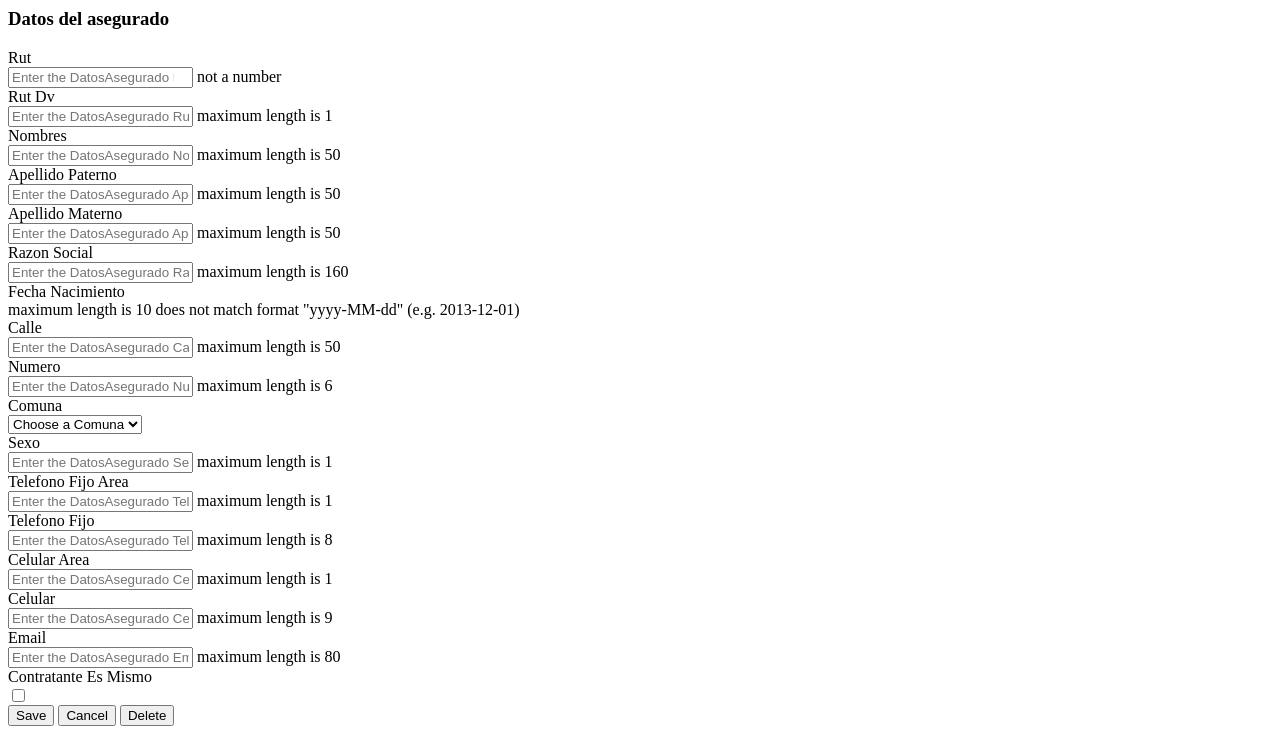
Repository: PabloRPalma/SistemaVentaSeguros
Page: Cotizador/src/main/webapp/views/DatosAsegurado/detail.html
The author's editor kept a copy of each file at every save. The page is drawn from the files as they stood at one save, then again after the next save.
The browser window is 1280 px wide. The pictures show the whole page.

Above is the page before, as saved 2021-02-06 14:25:38.

### Cotizador/src/main/webapp/views/DatosAsegurado/detail.html
<header ng-switch on="$location.path().indexOf('/DatosAsegurados/new') > -1">

    <h3 ng-switch-when="false">Datos del asegurado</h3>
</header>
<form id="DatosAseguradoForm" name="DatosAseguradoForm" class="form-horizontal" role="form">


<!--
    <div class="form-group" ng-class="{'has-error': DatosAseguradoForm.codigo.$invalid}">
        <label for="codigo" class="col-sm-2 control-label">Codigo</label>
        <div id="codigoControls" class="col-sm-10">
            <input id="codigo" name="codigo" type="number" class="form-control" ng-model="datosAsegurado.codigo" placeholder="Enter the DatosAsegurado Codigo"></input>
            <span class="help-block error" ng-show="DatosAseguradoForm.codigo.$error.number">not a number</span>
        </div>
    </div>
 -->
    <div class="form-group" ng-class="{'has-error': DatosAseguradoForm.rut.$invalid}">
        <label for="rut" class="col-sm-2 control-label">Rut</label>
        <div id="rutControls" class="col-sm-10">
            <input id="rut" name="rut" type="number" class="form-control" ng-model="datosAsegurado.rut" placeholder="Enter the DatosAsegurado Rut"></input>
            <span class="help-block error" ng-show="DatosAseguradoForm.rut.$error.number">not a number</span>
        </div>
    </div>

    <div class="form-group" ng-class="{'has-error': DatosAseguradoForm.rutDv.$invalid}">
        <label for="rutDv" class="col-sm-2 control-label">Rut Dv</label>
        <div id="rutDvControls" class="col-sm-10">
            <input id="rutDv" name="rutDv" type="text" ng-maxlength="1" class="form-control" ng-model="datosAsegurado.rutDv" placeholder="Enter the DatosAsegurado Rut Dv"></input>
            <span class="help-block error" ng-show="DatosAseguradoForm.rutDv.$error.maxlength">maximum length is 1</span>
        </div>
    </div>

    <div class="form-group" ng-class="{'has-error': DatosAseguradoForm.nombres.$invalid}">
        <label for="nombres" class="col-sm-2 control-label">Nombres</label>
        <div id="nombresControls" class="col-sm-10">
            <input id="nombres" name="nombres" type="text" ng-maxlength="50" class="form-control" ng-model="datosAsegurado.nombres" placeholder="Enter the DatosAsegurado Nombres"></input>
            <span class="help-block error" ng-show="DatosAseguradoForm.nombres.$error.maxlength">maximum length is 50</span>
        </div>
    </div>

    <div class="form-group" ng-class="{'has-error': DatosAseguradoForm.apellidoPaterno.$invalid}">
        <label for="apellidoPaterno" class="col-sm-2 control-label">Apellido Paterno</label>
        <div id="apellidoPaternoControls" class="col-sm-10">
            <input id="apellidoPaterno" name="apellidoPaterno" type="text" ng-maxlength="50" class="form-control" ng-model="datosAsegurado.apellidoPaterno" placeholder="Enter the DatosAsegurado Apellido Paterno"></input>
            <span class="help-block error" ng-show="DatosAseguradoForm.apellidoPaterno.$error.maxlength">maximum length is 50</span>
        </div>
    </div>

    <div class="form-group" ng-class="{'has-error': DatosAseguradoForm.apellidoMaterno.$invalid}">
        <label for="apellidoMaterno" class="col-sm-2 control-label">Apellido Materno</label>
        <div id="apellidoMaternoControls" class="col-sm-10">
            <input id="apellidoMaterno" name="apellidoMaterno" type="text" ng-maxlength="50" class="form-control" ng-model="datosAsegurado.apellidoMaterno" placeholder="Enter the DatosAsegurado Apellido Materno"></input>
            <span class="help-block error" ng-show="DatosAseguradoForm.apellidoMaterno.$error.maxlength">maximum length is 50</span>
        </div>
    </div>

    <div class="form-group" ng-class="{'has-error': DatosAseguradoForm.razonSocial.$invalid}">
        <label for="razonSocial" class="col-sm-2 control-label">Razon Social</label>
        <div id="razonSocialControls" class="col-sm-10">
            <input id="razonSocial" name="razonSocial" type="text" ng-maxlength="160" class="form-control" ng-model="datosAsegurado.razonSocial" placeholder="Enter the DatosAsegurado Razon Social"></input>
            <span class="help-block error" ng-show="DatosAseguradoForm.razonSocial.$error.maxlength">maximum length is 160</span>
        </div>
    </div>

    <div class="form-group" ng-class="{'has-error': DatosAseguradoForm.fechaNacimiento.$invalid}">
        <label for="fechaNacimiento" class="col-sm-2 control-label">Fecha Nacimiento</label>
        <div id="fechaNacimientoControls" class="col-sm-10">
            <date id="fechaNacimiento" name="fechaNacimiento" ng-model="datosAsegurado.fechaNacimiento" placeholder="Enter the DatosAsegurado Fecha Nacimiento"></date>
            <span class="help-block error" ng-show="DatosAseguradoForm.fechaNacimiento.$error.maxlength">maximum length is 10</span>
            <span class="help-block error" ng-show="DatosAseguradoForm.fechaNacimiento.$error.dateFormat">does not match format "yyyy-MM-dd" (e.g. 2013-12-01)</span>
        </div>
    </div>

    <div class="form-group" ng-class="{'has-error': DatosAseguradoForm.calle.$invalid}">
        <label for="calle" class="col-sm-2 control-label">Calle</label>
        <div id="calleControls" class="col-sm-10">
            <input id="calle" name="calle" type="text" ng-maxlength="50" class="form-control" ng-model="datosAsegurado.calle" placeholder="Enter the DatosAsegurado Calle"></input>
            <span class="help-block error" ng-show="DatosAseguradoForm.calle.$error.maxlength">maximum length is 50</span>
        </div>
    </div>

    <div class="form-group" ng-class="{'has-error': DatosAseguradoForm.numero.$invalid}">
        <label for="numero" class="col-sm-2 control-label">Numero</label>
        <div id="numeroControls" class="col-sm-10">
            <input id="numero" name="numero" type="text" ng-maxlength="6" class="form-control" ng-model="datosAsegurado.numero" placeholder="Enter the DatosAsegurado Numero"></input>
            <span class="help-block error" ng-show="DatosAseguradoForm.numero.$error.maxlength">maximum length is 6</span>
        </div>
    </div>
	<div class="form-group" ng-class="{'has-error': DatosAseguradoForm.comuna.$invalid}">
	        <label for="comuna" class="col-sm-2 control-label">Comuna</label>
	        <div id="comunaControls" class="col-sm-10">
	        <select id="comuna" name="comuna" class="form-control" ng-model="comunaSelection" ng-options="c.text for c in comunaSelectionList"  >
	            <option value="">Choose a Comuna</option>
	        </select>
	        </div>
	    </div>
    <div class="form-group" ng-class="{'has-error': DatosAseguradoForm.sexo.$invalid}">
        <label for="sexo" class="col-sm-2 control-label">Sexo</label>
        <div id="sexoControls" class="col-sm-10">
            <input id="sexo" name="sexo" type="text" ng-maxlength="1" class="form-control" ng-model="datosAsegurado.sexo" placeholder="Enter the DatosAsegurado Sexo"></input>
            <span class="help-block error" ng-show="DatosAseguradoForm.sexo.$error.maxlength">maximum length is 1</span>
        </div>
    </div>

    <div class="form-group" ng-class="{'has-error': DatosAseguradoForm.telefonoFijoArea.$invalid}">
        <label for="telefonoFijoArea" class="col-sm-2 control-label">Telefono Fijo Area</label>
        <div id="telefonoFijoAreaControls" class="col-sm-10">
            <input id="telefonoFijoArea" name="telefonoFijoArea" type="text" ng-maxlength="1" class="form-control" ng-model="datosAsegurado.telefonoFijoArea" placeholder="Enter the DatosAsegurado Telefono Fijo Area"></input>
            <span class="help-block error" ng-show="DatosAseguradoForm.telefonoFijoArea.$error.maxlength">maximum length is 1</span>
        </div>
    </div>

    <div class="form-group" ng-class="{'has-error': DatosAseguradoForm.telefonoFijo.$invalid}">
        <label for="telefonoFijo" class="col-sm-2 control-label">Telefono Fijo</label>
        <div id="telefonoFijoControls" class="col-sm-10">
            <input id="telefonoFijo" name="telefonoFijo" type="text" ng-maxlength="8" class="form-control" ng-model="datosAsegurado.telefonoFijo" placeholder="Enter the DatosAsegurado Telefono Fijo"></input>
            <span class="help-block error" ng-show="DatosAseguradoForm.telefonoFijo.$error.maxlength">maximum length is 8</span>
        </div>
    </div>

    <div class="form-group" ng-class="{'has-error': DatosAseguradoForm.celularArea.$invalid}">
        <label for="celularArea" class="col-sm-2 control-label">Celular Area</label>
        <div id="celularAreaControls" class="col-sm-10">
            <input id="celularArea" name="celularArea" type="text" ng-maxlength="1" class="form-control" ng-model="datosAsegurado.celularArea" placeholder="Enter the DatosAsegurado Celular Area"></input>
            <span class="help-block error" ng-show="DatosAseguradoForm.celularArea.$error.maxlength">maximum length is 1</span>
        </div>
    </div>

    <div class="form-group" ng-class="{'has-error': DatosAseguradoForm.celular.$invalid}">
        <label for="celular" class="col-sm-2 control-label">Celular</label>
        <div id="celularControls" class="col-sm-10">
            <input id="celular" name="celular" type="text" ng-maxlength="9" class="form-control" ng-model="datosAsegurado.celular" placeholder="Enter the DatosAsegurado Celular"></input>
            <span class="help-block error" ng-show="DatosAseguradoForm.celular.$error.maxlength">maximum length is 9</span>
        </div>
    </div>

    <div class="form-group" ng-class="{'has-error': DatosAseguradoForm.email.$invalid}">
        <label for="email" class="col-sm-2 control-label">Email</label>
        <div id="emailControls" class="col-sm-10">
            <input id="email" name="email" type="text" ng-maxlength="80" class="form-control" ng-model="datosAsegurado.email" placeholder="Enter the DatosAsegurado Email"></input>
            <span class="help-block error" ng-show="DatosAseguradoForm.email.$error.maxlength">maximum length is 80</span>
        </div>
    </div>

    <div class="form-group" ng-class="{'has-error': DatosAseguradoForm.contratanteEsMismo.$invalid}">
        <label for="contratanteEsMismo" class="col-sm-2 control-label">Contratante Es Mismo</label>
        <div id="contratanteEsMismoControls" class="col-sm-10">
            <input id="contratanteEsMismo" name="contratanteEsMismo" type="checkbox" class="checkbox" ng-model="datosAsegurado.contratanteEsMismo" placeholder="Enter the DatosAsegurado Contratante Es Mismo"></input>
        </div>
    </div>
    <div class="form-group">
        <div class="col-sm-offset-2 col-sm-10">
            <button id="saveDatosAsegurado" name="saveDatosAsegurado" class="btn btn-primary" ng-disabled="isClean() || DatosAseguradoForm.$invalid" ng-click="save()"><span class="glyphicon glyphicon-ok-sign"></span> Save</button>
            <button id="cancel" name="cancel" class="btn btn-default" ng-click="cancel()"><span class="glyphicon glyphicon-remove-sign"></span> Cancel</button>
            <button id="deleteDatosAsegurado" name="deleteDatosAsegurado" class="btn btn-danger" ng-show="datosAsegurado.valorizacionId" ng-click="remove()"><span class="glyphicon glyphicon-trash"></span> Delete</button>
        </div>
    </div>
</form>

After the next save:
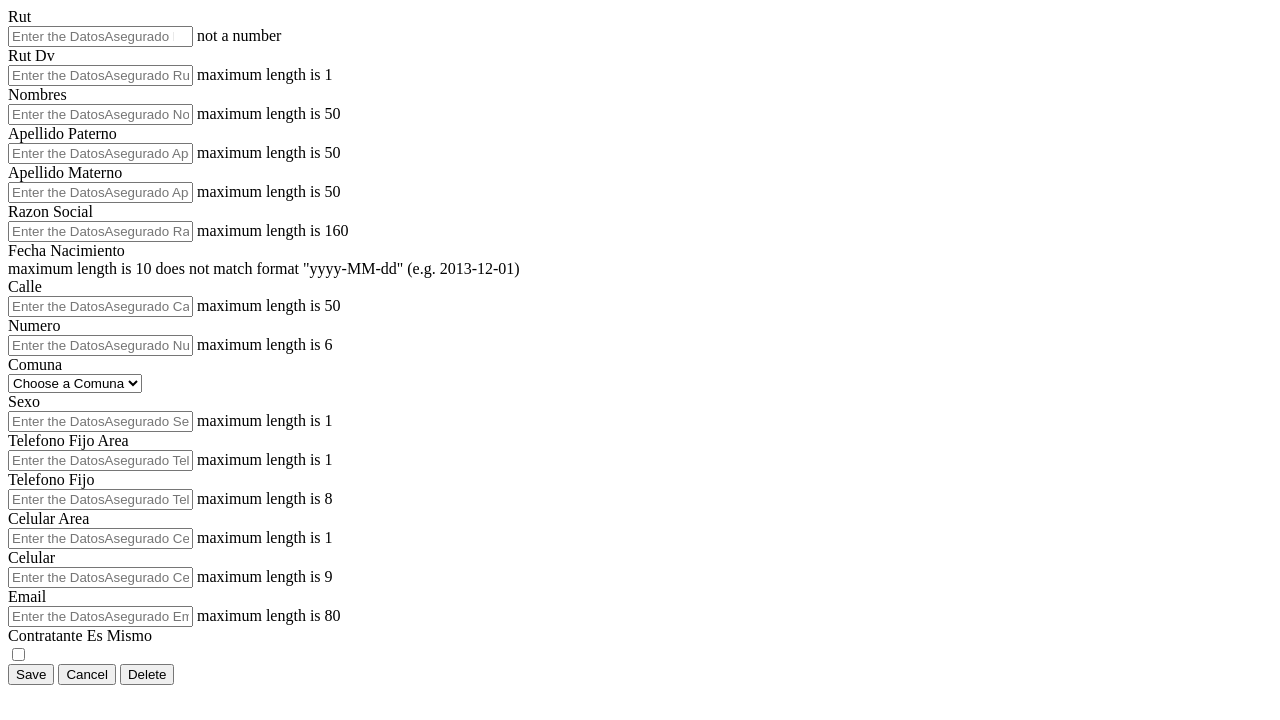
Saved 34 s later.
--- a/Cotizador/src/main/webapp/views/DatosAsegurado/detail.html
+++ b/Cotizador/src/main/webapp/views/DatosAsegurado/detail.html
@@ -1,7 +1,4 @@
-<header ng-switch on="$location.path().indexOf('/DatosAsegurados/new') > -1">
 
-    <h3 ng-switch-when="false">Datos del asegurado</h3>
-</header>
 <form id="DatosAseguradoForm" name="DatosAseguradoForm" class="form-horizontal" role="form">
 
 

After the save that followed:
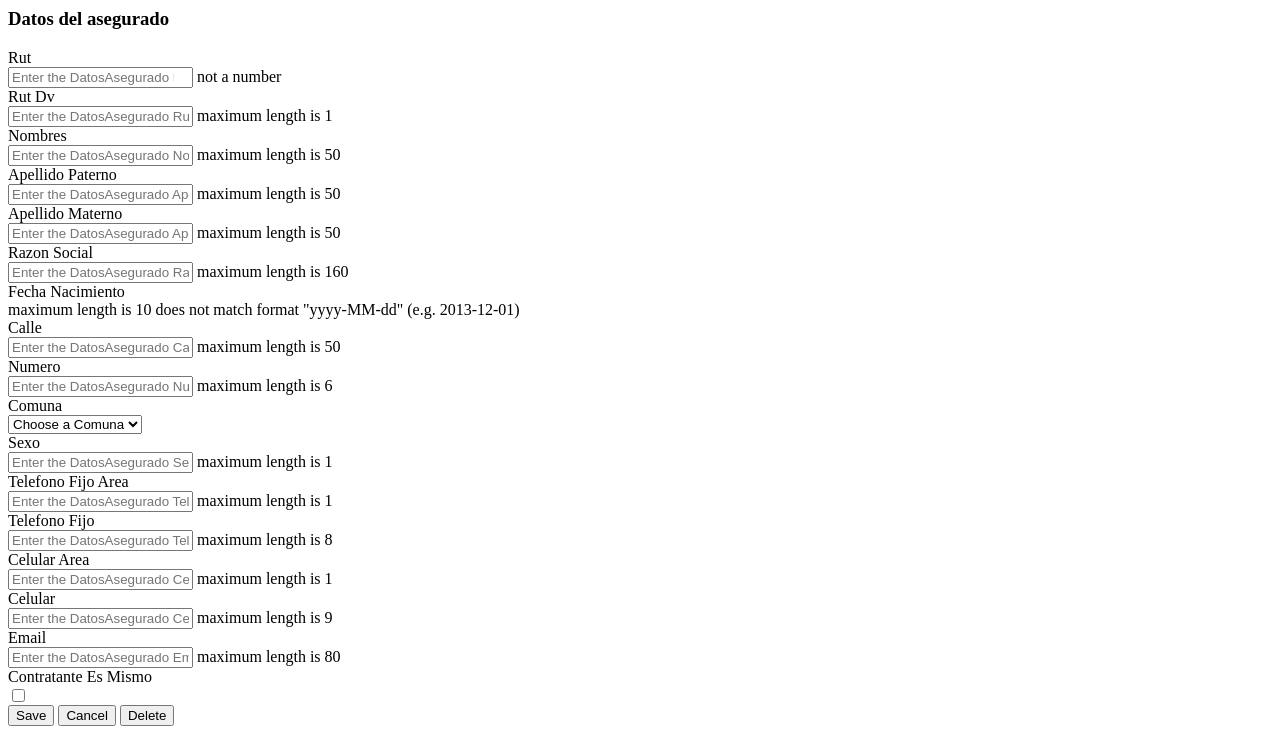
Saved 7 s later.
--- a/Cotizador/src/main/webapp/views/DatosAsegurado/detail.html
+++ b/Cotizador/src/main/webapp/views/DatosAsegurado/detail.html
@@ -1,4 +1,7 @@
+<header ng-switch on="$location.path().indexOf('/DatosAsegurados/new') > -1">
 
+    <h3 ng-switch-when="false">Datos del asegurado</h3>
+</header>
 <form id="DatosAseguradoForm" name="DatosAseguradoForm" class="form-horizontal" role="form">
 
 
